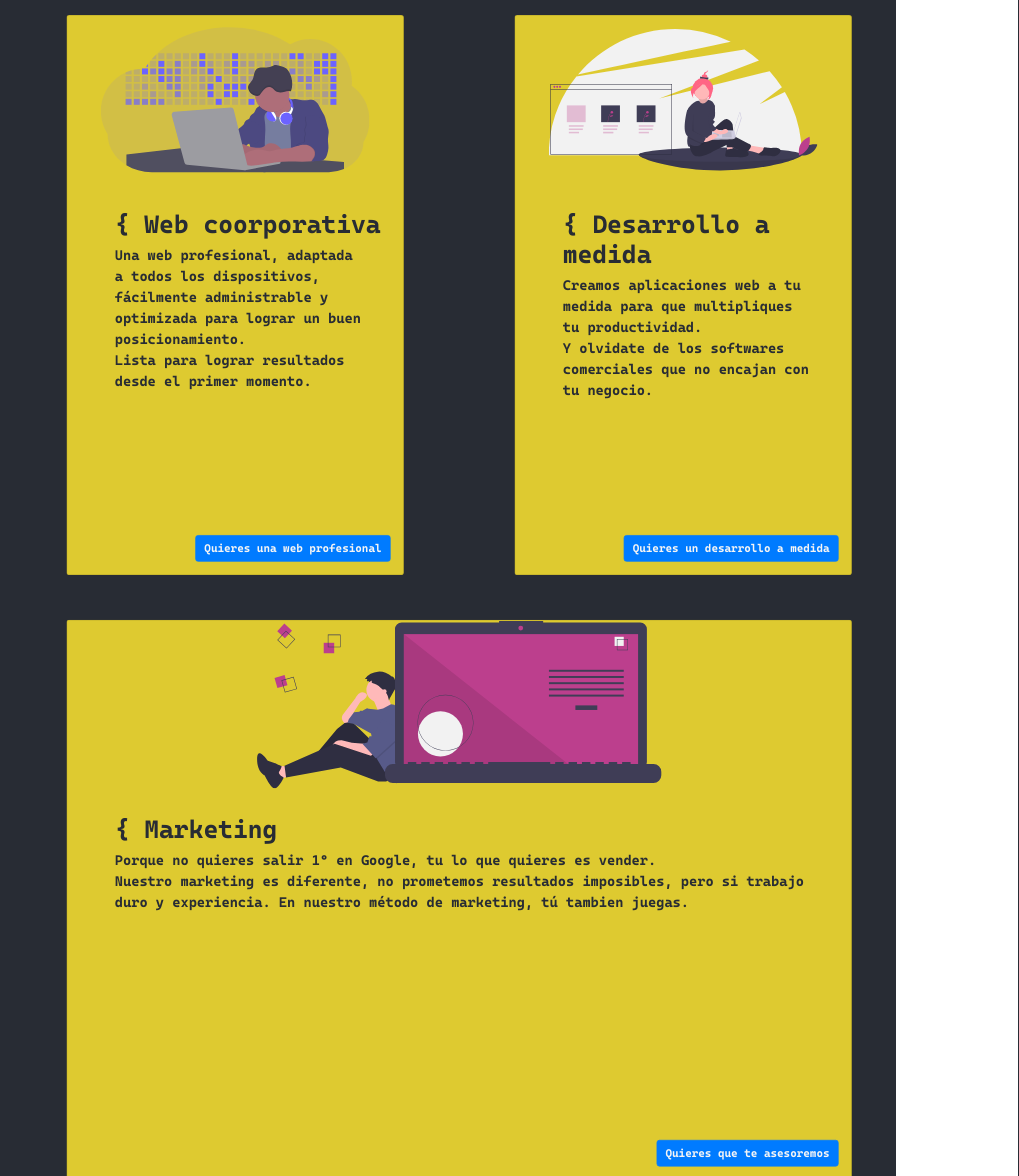
Repository: banchiec/thinkcode
Page: /
The author's editor kept a copy of each file at every save. The page is drawn from the files as they stood at one save, then again after the next save.
The browser window is 1280 px wide. The page is 1455 px wide, so the pictures cover 1455 px, including what lies to the right of the window. The pictures show the part of the page from y = 938 to 2618 px (the page is 3374 px tall), at 70% of full size.
Some web libraries are served in a nearby version. The project was rebuilt for these pictures with package versions that can differ from the ones it lists, and the page was loaded fresh each time. Also part of the build but not shown: src/components/MenuItems.js, src/components/Dropdownthink.css, src/components/Dropdownthink.js, src/components/pages/Consulting.js, src/components/pages/ContactUs.js, src/components/pages/Marketing.js, src/components/pages/Products.js, src/components/pages/Services.js and 1 more.

Above is the page before, as saved 2020-11-27 01:17:12.

After the next save:
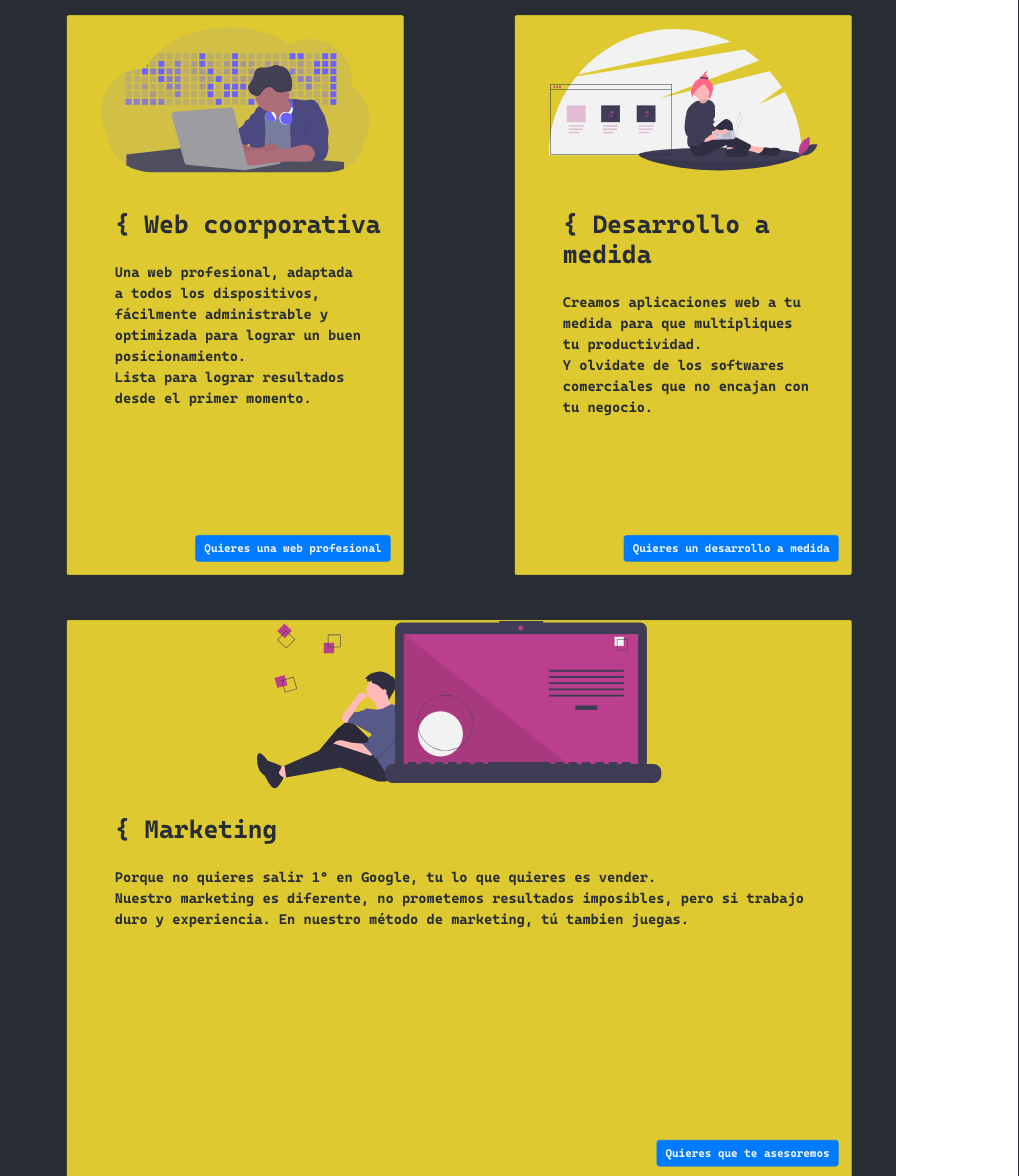
Saved 3 min 37 s later.
--- a/src/components/pricing/Pricing.css
+++ b/src/components/pricing/Pricing.css
@@ -32,7 +32,7 @@
     color: whitesmoke;
 }
 .text-card {
-    /* padding-top: 1.5rem; */
+    padding-top: 1.5rem;
     padding-left: 3rem;
     padding-right: 2.5rem;
     color: #282c34;
